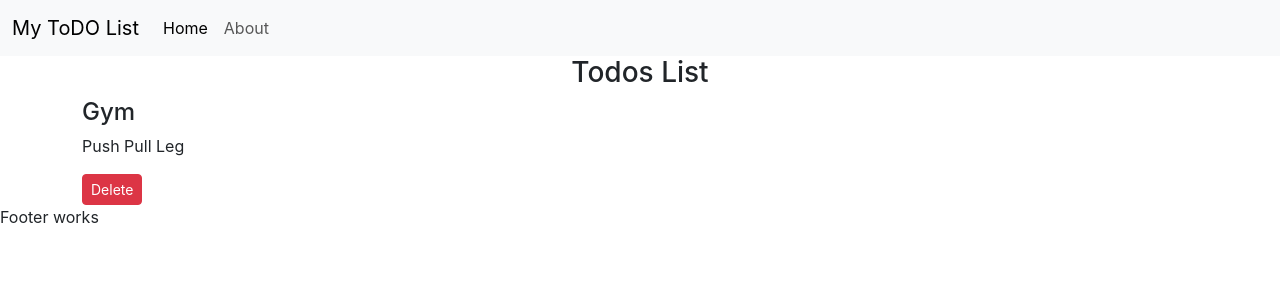
Repository: AshwinUgale/ToDoList
Page: /
These files come from the project's save history. The page is drawn as it stood at one moment and after the next save; the edit follows.
The browser window is 1280 px wide. The pictures show the whole page.
The project was rebuilt for these pictures with package versions that can differ from the ones it lists, and the page was loaded fresh each time. Also part of the build but not shown: src/App.css.

Above is the page before, as saved 2024-12-21 11:08:30.

After the next save:
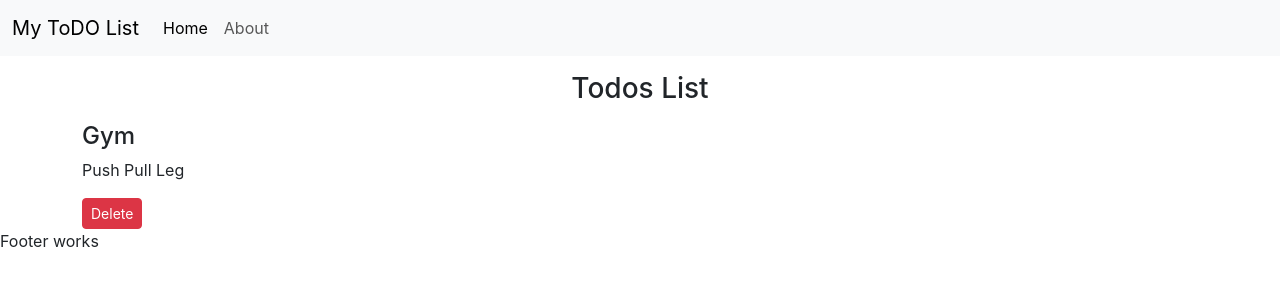
Saved 4 h 53 min later.
--- a/src/MyComponents/Todos.js
+++ b/src/MyComponents/Todos.js
@@ -4,7 +4,7 @@ import {TodoItem } from "../MyComponents/TodoItem";
 export const Todos = (props) => {
   return (
     <div className="container">
-        <h3 className="text-center">Todos List</h3>
+        <h3 className="text-center my-3">Todos List</h3>
         {/* {props.todos} */}
         <TodoItem todo={props.todo[0]}/>
     </div>
